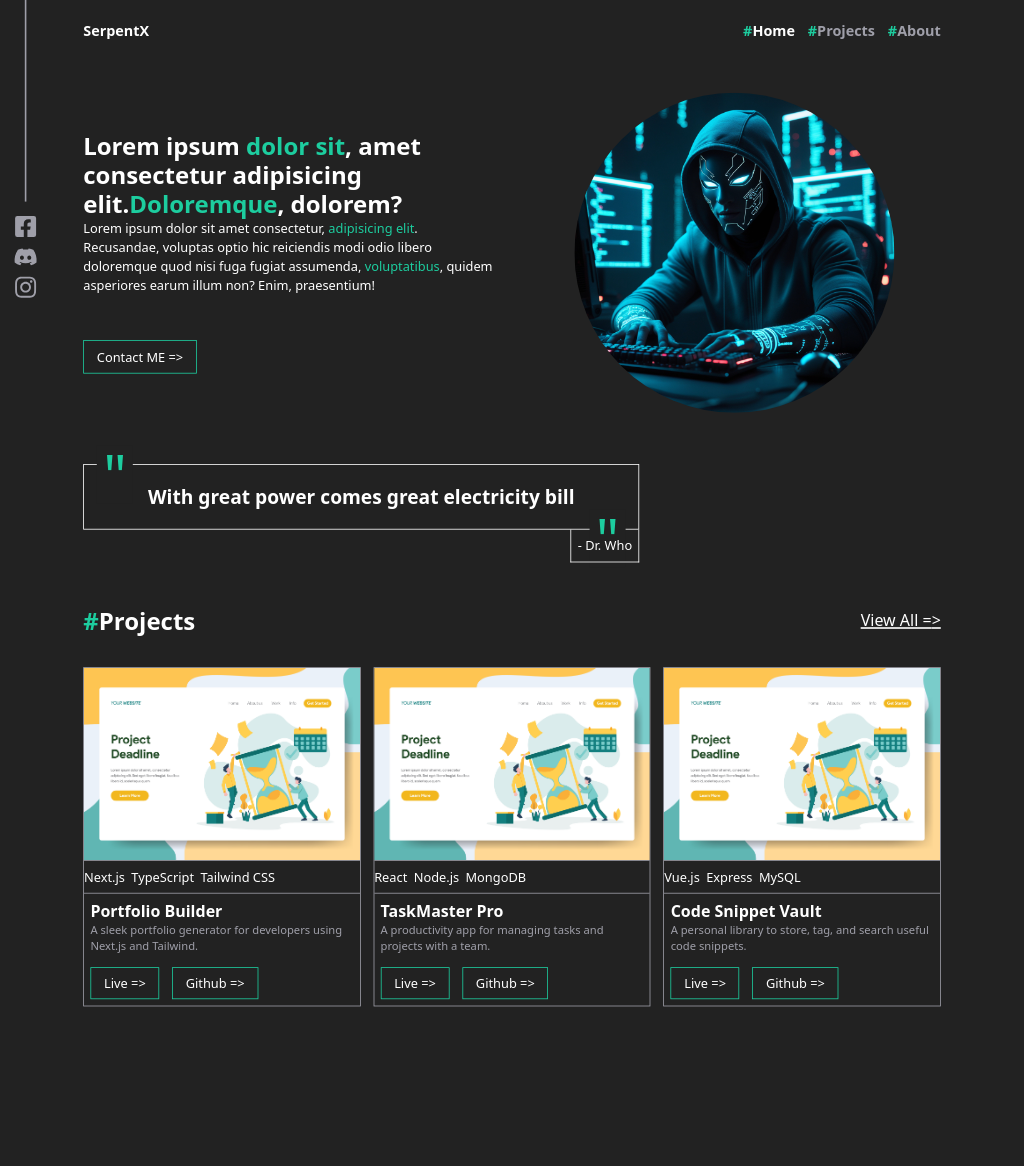
Repository: SERPENTX03/Portfolio-Tutorial
Page: /
These files come from the project's save history. The page is drawn as it stood at one moment and after the next save; the edit follows.
The browser window is 1280 px wide. The pictures show the whole page, at 80% of full size.
The project was rebuilt for these pictures with package versions that can differ from the ones it lists, and the page was loaded fresh each time. The framework's server and built-in components were replaced by stand-ins that run in the browser. Also part of the build but not shown: next.config.ts.

Above is the page before, as saved 2025-04-19 21:26:36.

After the next save:
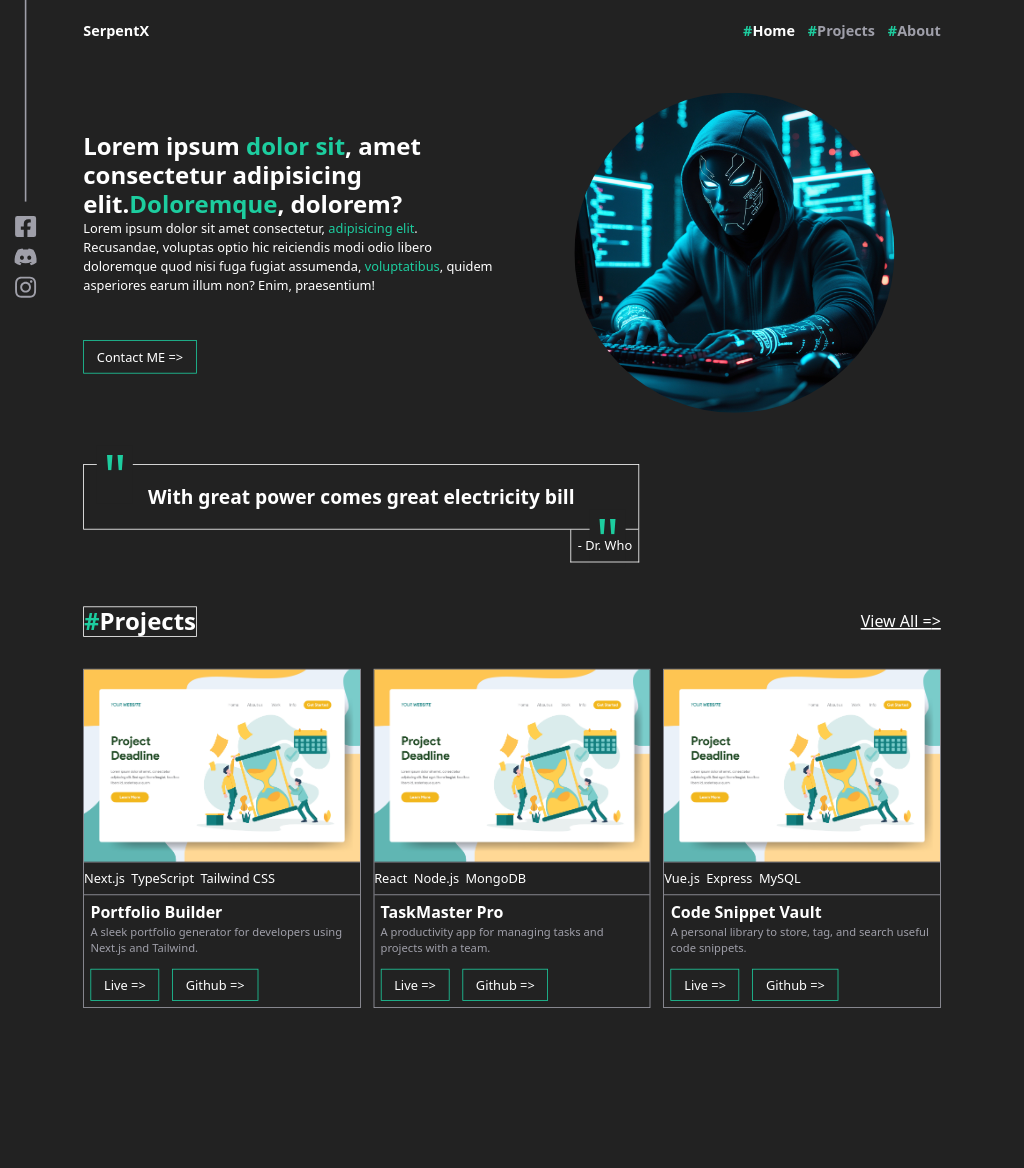
Saved 11 s later.
--- a/components/Projects.tsx
+++ b/components/Projects.tsx
@@ -6,7 +6,7 @@
   return (
     <section className="mt-24">
       <div className="flex justify-between items-center">
-        <h2 className="text-3xl font-bold">
+        <h2 className="text-3xl font-bold relative border">
           <span className="text-primary">#</span>Projects
         </h2>
         <Link className="text-xl underline" href="/projects">

After the save that followed:
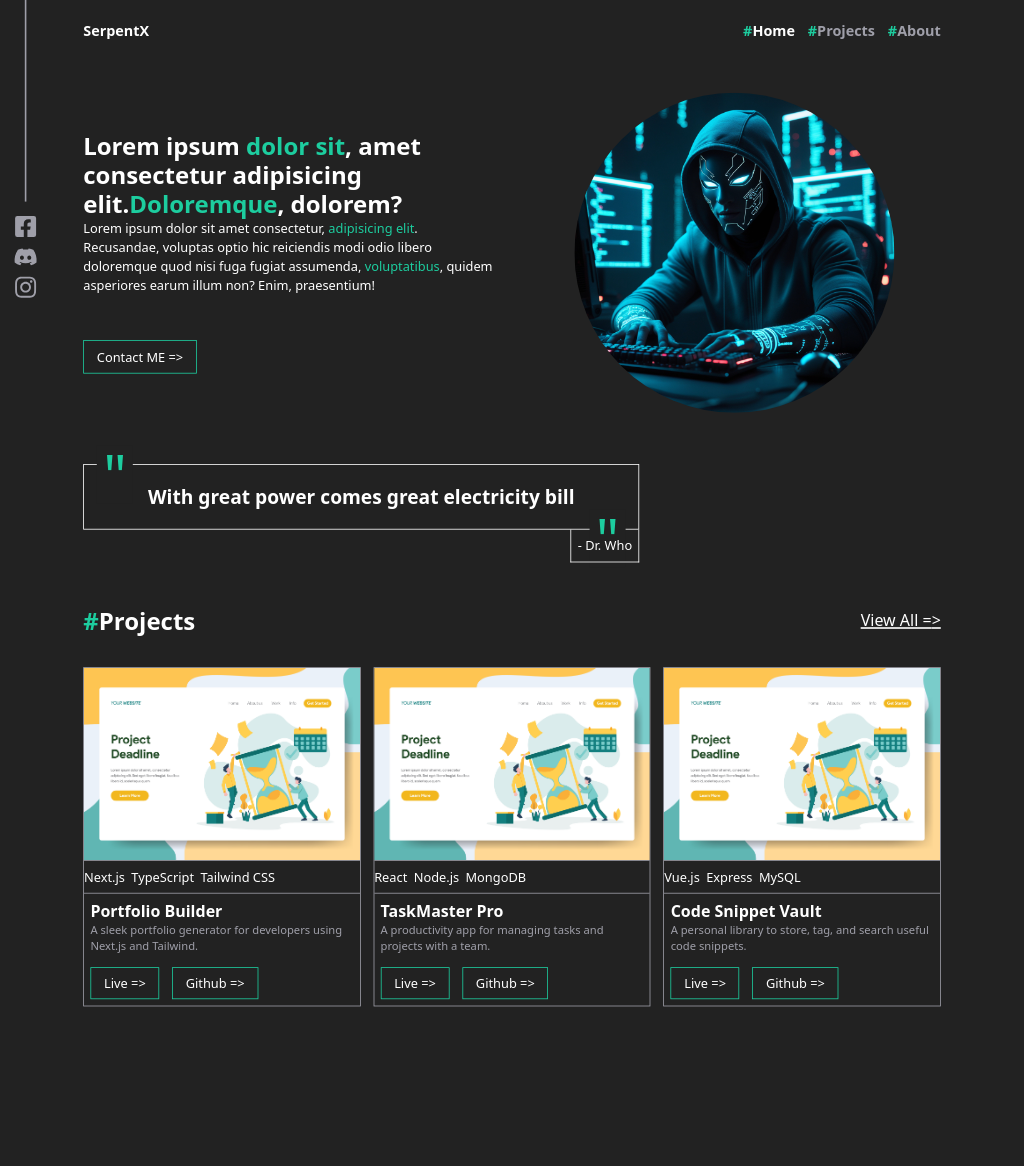
Saved 6 s later.
--- a/components/Projects.tsx
+++ b/components/Projects.tsx
@@ -6,7 +6,7 @@
   return (
     <section className="mt-24">
       <div className="flex justify-between items-center">
-        <h2 className="text-3xl font-bold relative border">
+        <h2 className="text-3xl font-bold relative ">
           <span className="text-primary">#</span>Projects
         </h2>
         <Link className="text-xl underline" href="/projects">
